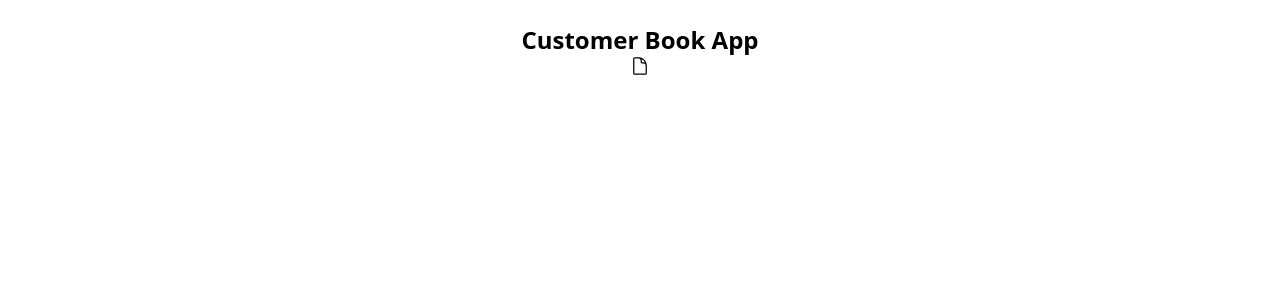
Repository: higirobruce/customerbookapp
Page: /
The author's editor kept a copy of each file at every save. The page is drawn from the files as they stood at one save, then again after a run of saves.
The browser window is 1280 px wide. The pictures show the whole page.
The project was rebuilt for these pictures with package versions that can differ from the ones it lists, and the page was loaded fresh each time. The framework's server and built-in components were replaced by stand-ins that run in the browser. Also part of the build but not shown: next.config.js, components/layout/sidebar.js.

Above is the page before, as saved 2022-11-24 16:29:31.

### pages/index.js
import Head from "next/head";
import Image from "next/image";
import Sidebar from "../components/layout/sidebar";
import MainScreen from "../components/layout/mainScreen";

const Home = () => {
  return (
    <div className="flex min-h-screen flex-row">
      {/* <Sidebar /> */}
      <MainScreen />
    </div>
  );
};

export default Home;

### components/layout/mainScreen.js
import React from "react";
import {
  DocumentIcon
} from '@heroicons/react/24/outline'


export default function MainScreen() {
  return (
    <div className="flex flex-col w-full pt-6">
      {/* header */}
      <div className="flex justify-center text-2xl font-semibold">
        Customer Book App
      </div>
      {/* Menu bar */}
      <div className="flex flex-row justify-around">
        <DocumentIcon className="h-5 w-5"/>
      </div>
      {/* Body */}
    </div>
  );
}

Loaded but not shown: pages/_app.tsx (common file); styles/globals.css (common file); tailwind.config.js (common file)

After the next 2 saves:
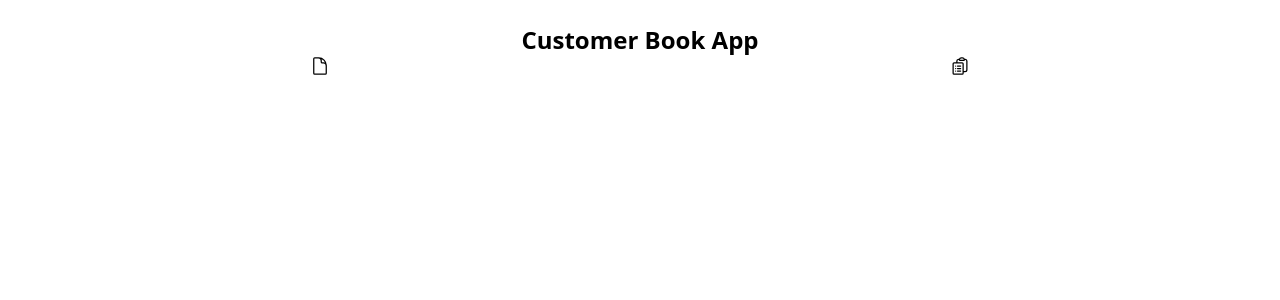
The 2 saves are shown as one change because 1 did not build or start.
The last was saved 2 min 24 s later.
--- a/components/layout/mainScreen.js
+++ b/components/layout/mainScreen.js
@@ -1,6 +1,7 @@
 import React from "react";
 import {
-  DocumentIcon
+  DocumentIcon,
+  ClipboardDocumentListIcon
 } from '@heroicons/react/24/outline'
 
 
@@ -14,6 +15,7 @@ export default function MainScreen() {
       {/* Menu bar */}
       <div className="flex flex-row justify-around">
         <DocumentIcon className="h-5 w-5"/>
+        <ClipboardDocumentListIcon className="h-5 w-5"/>
       </div>
       {/* Body */}
     </div>
